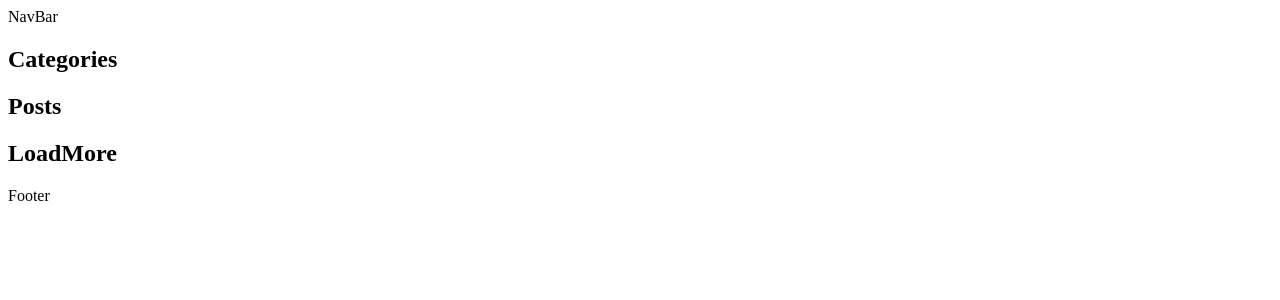
Repository: AmolPawar7181/flexibble
Page: /
These files come from the project's save history. The page is drawn as it stood at one moment and after the next save; the edit follows.
The browser window is 1280 px wide. The pictures show the whole page.
The project was rebuilt for these pictures with package versions that can differ from the ones it lists, and the page was loaded fresh each time. The framework's server and built-in components were replaced by stand-ins that run in the browser. Also part of the build but not shown: next.config.js.

Above is the page before, as saved 2023-07-11 12:29:27.

After the next save:
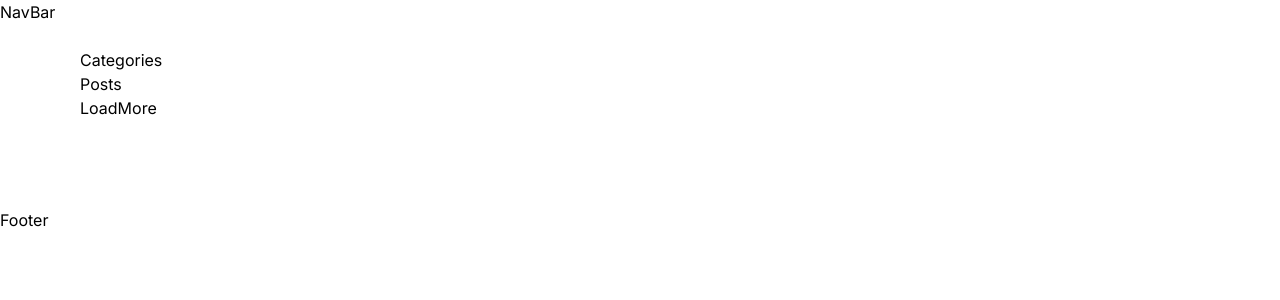
Saved 30 s later.
--- a/app/layout.tsx
+++ b/app/layout.tsx
@@ -1,3 +1,5 @@
+import './globals.css';
+
 export const metadata = {
 	title: 'Flexibble',
 	description: 'Showcase and discover developer projects',
